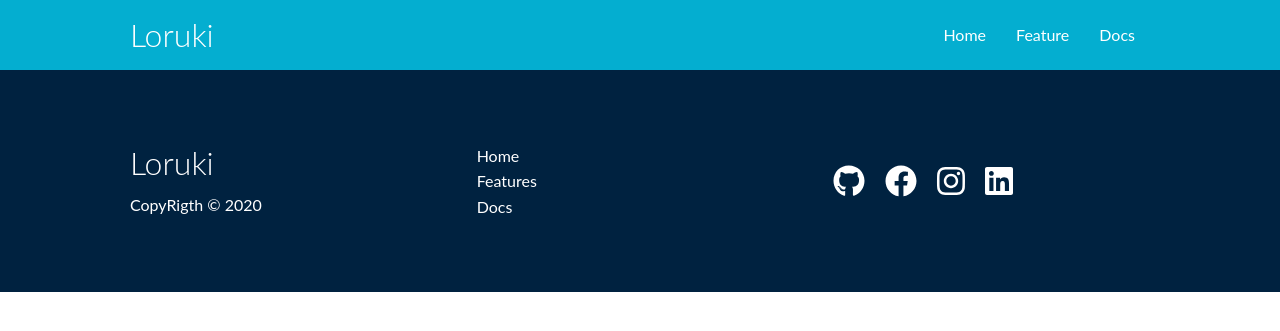
Repository: MosiurRrahman/loruki-app-reactjs
Page: /feature
The author's editor kept a copy of each file at every save. The page is drawn from the files as they stood at one save, then again after the next save.
The browser window is 1280 px wide. The pictures show the whole page.
The project was rebuilt for these pictures with package versions that can differ from the ones it lists, and the page was loaded fresh each time. Also part of the build but not shown: src/components/pages/home/Cli.js, src/components/pages/home/Cloud.js, src/assets/images/images.js, src/components/pages/home/Languages.js, src/components/pages/home/ShowcaseForm.js, src/components/pages/home/ShowCase.js, src/components/pages/home/Status.js, src/components/pages/home/HomePage.js.

Above is the page before, as saved 2021-10-06 10:35:17.

### src/index.js
import React from 'react';
import ReactDOM from 'react-dom';
import { BrowserRouter, Route, Switch } from 'react-router-dom';
import Layout from './components/app';
import HomePage from './components/pages/home/HomePage';
import './index.css';
// import './utilities';






class Root extends React.Component{
  render(){
    return(
      <BrowserRouter basename = {"/"} >
      <Switch>
        <Route exact path = "/" component={HomePage} />
      <Layout></Layout>
      </Switch>
      </BrowserRouter>
    );
  }
}




ReactDOM.render(
  <React.StrictMode>
    <Root />
  </React.StrictMode>,
  document.getElementById('root')
);

### src/components/app.jsx
import { Component } from "react";
import Footer from "./common/Footer";
import Header from "./common/Header";

class Layout extends Component {
  render() {
    return (
      <>
        <Header />
        {this.props.children}
        <Footer />
      </>
    );
  }
}
export default Layout;

### src/index.css
/* all css imported */

@import url("./assets/css/main");
@import url("./assets/css/utilities");

### src/components/common/Footer.jsx
import {
  faFacebook,
  faGithub,
  faInstagram,
  faLinkedin,
} from "@fortawesome/free-brands-svg-icons";
import { FontAwesomeIcon } from "@fortawesome/react-fontawesome";
import { Component } from "react";

class Footer extends Component {
  render() {
    return (
      <>
        <footer className="footer bg-dark py-5">
          <div className="container grid grid-3">
            <div>
              <h1>Loruki</h1>
              <p>CopyRigth &copy; 2020</p>
            </div>
            <nav>
              <ul>
                <li>
                  <a href="index.html">Home</a>
                </li>
                <li>
                  <a href="feature.html">Features</a>
                </li>
                <li>
                  <a href="docs.html">Docs</a>
                </li>
              </ul>
            </nav>
            <div className="social">
              <a href="/home">
                <li className="fa-2x">
                  <FontAwesomeIcon icon={faGithub} />
                </li>
              </a>
              <a href="/home">
                <li className="fa-2x">
                  <FontAwesomeIcon icon={faFacebook} />
                </li>
              </a>
              <a href="/home">
                <li className="fa-2x">
                  <FontAwesomeIcon icon={faInstagram} />
                </li>
              </a>
              <a href="/home">
                <li className=" fa-2x">
                  <FontAwesomeIcon icon={faLinkedin} />
                </li>
              </a>
            </div>
          </div>
        </footer>
      </>
    );
  }
}
export default Footer;

### src/components/common/Header.jsx
import { Component } from "react";

class Header extends Component {
  render() {
    return (
      <>
        <div className="navbar">
          <div className="container flex">
            <h1 className="logo">Loruki</h1>
            <nav>
              <ul>
                <li>
                  <a href="index.html">Home</a>
                </li>
                <li>
                  <a href="feature.html">Feature</a>
                </li>
                <li>
                  <a href="docs.html">Docs</a>
                </li>
              </ul>
            </nav>
          </div>
        </div>
      </>
    );
  }
}
export default Header;

### src/assets/css/main.css
:root {
  --primary-color: #04aed0;
  --secondry-color: #04a1c0;
  --dark-color: #002240;
  --light-color: #f4f4ff;
  --success-color: #5cb85c;
  --error-color: #d9534f;
}

* {
  box-sizing: border-box;
  margin: 0;
  padding: 0;
}

body {
  font-family: "lato", sans-serif;
  color: #333333;
  line-height: 1.6;
}

ul {
  list-style-type: none;
}

a {
  text-decoration: none;
  color: #333333;
}

h1,
h2 {
  font-weight: 300;
  line-height: 1.2;
  margin: 10px 0;
}

p {
  margin: 10px 0;
}

img {
  width: 100%;
}

code,
pre {
  background: #333;
  color: #fff;
  padding: 10px;
}

.hidden {
  visibility: hidden;
  height: 0;
}

/* === navbar style === */

.navbar {
  background-color: var(--primary-color);
  color: #ffffff;
  height: 70px;
}

.navbar .flex {
  justify-content: space-between;
}

.navbar ul {
  display: flex;
}

.navbar ul a {
  padding: 10px;
  margin: 0 5px;
  color: #fff;
  transition: 0.3s;
}

.navbar ul a:hover {
  border-bottom: 2px solid #fff;
}

/* === Showcase style === */

.showcase {
  height: 400px;
  background-color: var(--primary-color);
  color: #fff;
  position: relative;
}

.showcase h1 {
  font-size: 40px;
}

.showcase p {
  margin: 20px 0;
}

.showcase .grid {
  overflow: visible;
  grid-template-columns: 55% 45%;
  gap: 30px;
}

body {
  overflow-x: hidden;
}

.showcase-form {
  position: relative;
  top: 60px;
  height: 350px;
  max-width: 400px;
  padding: 40px;
  z-index: 100;
  animation: slideInFromRight 1s ease-in;
}

.showcase-text {
  animation: slideInFromLeft 1s ease-in;
}

.showcase .form-control {
  margin: 30px 0;
}

.showcase input[type="text"],
.showcase input[type="email"] {
  border: 0;
  border-bottom: 1px solid #b4becb;
  width: 100%;
  padding: 3px;
  font-size: 16px;
}

.showcase-form input:focus {
  outline: none;
}

.showcase::before,
.showcase::after {
  content: "";
  position: absolute;
  height: 100px;
  background: #fff;
  left: 0;
  bottom: -60px;
  right: 0;
  transform: skewY(-3deg);
  --webkit-transform: skewY(-3deg);
  --moz-transform: skewY(-3deg);
  --ms-transform: skewY(-3deg);
}

/* ===stats=== */

.stats {
  padding-top: 100px;
  animation: slideInFromBottom 1s ease-in;
}

.stats-heading {
  max-width: 500px;
  margin: auto;
}

.stats .grid h3 {
  font-size: 35px;
}

.stats .grid p {
  font-size: 20px;
  font-weight: bold;
}

/* cli */

.cli .grid {
  grid-template-columns: repeat(3, 1fr);
  grid-template-rows: repeat(2, 1fr);
}

.cli .grid > *:first-child {
  grid-column: 1 / span 2;
  grid-row: 1 / span 2;
}

/* Cloud */

.cloud .grid {
  grid-template-columns: repeat(4fr, 1fr);
}

/* languages */

.languages .flex {
  flex-wrap: wrap;
}

.languages .card {
  text-align: center;
  margin: 18px 10px 40px;
  transition: 0.3s;
}

.languages .card:hover {
  transform: translateY(-15px);
  color: var(--primary-color);
}

.languages .card h4 {
  font-size: 20px;
  margin-bottom: 10px;
}

/* Feature section */

.freatures-head img,
.docs-head img {
  width: 200px;
  justify-self: center;
}

.freatures-sub-head img {
  width: 300px;
  justify-self: flex-end;
}

/* feature main */

.freatures-main .card > i {
  margin-right: 20px;
}

.freatures-main .grid {
  padding: 30px;
}

.freatures-main .grid > *:first-child {
  grid-column: 1 / span 3;
}

.freatures-main .grid > *:nth-child(2) {
  grid-column: 1 / span 2;
}

.freatures-main .grid > *:nth-child(2) {
  justify-content: start;
}

/* dosc */

.docs-main h3 {
  margin: 20px 0;
}

.docs-main .grid {
  grid-template-columns: 1fr 2fr;
  align-items: flex-start;
}

.docs-main nav li {
  font-size: 20px;
  padding-bottom: 5px;
  margin-bottom: 5px;
  border-bottom: 1px solid #ccc;
}

.docs-main nav a:hover {
  color: var(--primary-color);
  font-weight: bold;
}

/* Footer */
.footer .social {
  display: flex;
}
.footer .social a {
  margin: 0 10px;
}

.footer .social a li {
  list-style-type: none;
  transition: 0.3s;
}

.footer .social a li:hover {
  transform: translateY(-5px);
  color: var(--primary-color);
}

/* Animation */

@keyframes slideInFromLeft {
  0% {
    transform: translateX(-100%);
  }
  100% {
    transform: translateX(0);
  }
}

@keyframes slideInFromRight {
  0% {
    transform: translateX(70%);
  }
  100% {
    transform: translateX(0);
  }
}

@keyframes slideInFromTop {
  0% {
    transform: translateY(-100%);
  }
  100% {
    transform: translateX(0);
  }
}

@keyframes slideInFromBottom {
  0% {
    transform: translateY(100%);
  }
  100% {
    transform: translateX(0);
  }
}

/* ===responsive css ===*/

/* Tablets and under */

@media screen and (max-width: 768px) {
  .grid,
  .showcase .grid,
  .stats .grid,
  .cli .grid,
  .cloud .grid,
  .freature-main .grid,
  .docs-main .grid {
    grid-template-columns: 1fr;
    grid-template-rows: 1fr;
  }
  .showcase {
    height: auto;
  }
  .showcase-text {
    text-align: center;
    margin-top: 40px;
    animation: slideInFromTop 1s ease-in;
  }
  .showcase-form {
    justify-self: center;
    margin: auto;
    animation: slideInFromBottom 1s ease-in;
  }
  .cli .grid > *:first-child {
    grid-column: 1;
    grid-row: 1;
  }
  .freatures-head,
  .freatures-sub-head,
  .docs-head {
    text-align: center;
  }
  .freatures-head img,
  .freatures-sub-head img,
  .docs-head img {
    justify-self: center;
  }
  .freatures-main .grid > *:first-child,
  .freatures-main .grid > *:nth-child(2) {
    grid-column: 1;
  }
  .grid-3 {
    grid-template-columns: 1fr;
    grid-template-rows: 1fr;
  }
}

/* Mobile */

@media (max-width: 500px) {
  .navbar {
    height: 110px;
  }
  .navbar .flex {
    flex-direction: column;
  }
  .navbar ul {
    padding: 10px;
    background: rgba(0, 0, 0, 0.1);
  }
}

/* ===responsive css end ===*/

/* === utlities === */

.container {
  max-width: 1100px;
  margin: 0 auto;
  overflow: auto;
  padding: 0 40px;
}

.card {
  background-color: #fff;
  color: #333;
  border-radius: 10px;
  box-shadow: 0 3px 10px rgba(0, 0, 0, 0.2);
  padding: 20px;
  margin: 10px;
}

.card p {
  padding-left: 20px;
}

.btn {
  display: inline-block;
  padding: 10px 30px;
  cursor: pointer;
  background: var(--primary-color);
  color: #fff;
  border: none;
  border-radius: 5px;
  transition: 0.3s;
}

.btn-outline {
  background-color: transparent;
  border: 1px solid #ffffff;
}

.btn:hover {
  transform: translate(5px);
}

/* background and colored buttons */

.btn-primary,
.bg-primary {
  background-color: var(--primary-color);
  color: #ffffff;
}

.btn-secondry,
.bg-secondry {
  background-color: var(--secondry-color);
  color: #ffffff;
}

.btn-dark,
.bg-dark {
  background-color: var(--dark-color);
  color: #ffffff;
}

.btn-light,
.bg-light {
  background-color: var(--light-color);
  color: #333;
}

.btn-primary a,
.bg-primary a,
.btn-secondry a,
.bg-secondry a,
.btn-dark a,
.bg-dark a {
  color: #fff;
}

/* text sizes */

.lead {
  font-size: 20px;
}

.sm {
  font-size: 1rem;
}

.md {
  font-size: 2rem;
}

.lg {
  font-size: 3rem;
}

.xl {
  font-size: 4rem;
}

.text-center {
  text-align: center;
}

.flex {
  display: flex;
  justify-items: center;
  align-items: center;
  height: 100%;
}

.grid {
  display: grid;
  grid-template-columns: repeat(2, 1fr);
  gap: 20px;
  justify-content: center;
  align-items: center;
  height: 100%;
}

.grid-3 {
  grid-template-columns: repeat(3, 1fr);
}

/* alart */

.alert {
  background-color: var(--light-color);
  padding: 10px 20px;
  font-weight: bold;
  margin: 15px 0;
}

.alert i {
  margin-right: 10px;
}

.alert-success {
  background-color: var(--success-color);
  color: #fff;
}

.alert-error {
  background-color: var(--errer-color);
  color: #fff;
}

/* Margin */

.my-1 {
  margin: 1rem 0;
}

.my-2 {
  margin: 1.5rem 0;
}

.my-3 {
  margin: 2rem;
}

.my-4 {
  margin: 3rem 0;
}

.my-5 {
  margin: 4rem 0;
}

.m-1 {
  margin: 1rem;
}

.m-2 {
  margin: 1.5rem;
}

.m-3 {
  margin: 2rem;
}

.m-4 {
  margin: 3rem;
}

.m-5 {
  margin: 4rem;
}

/* padding */

.py-1 {
  padding: 1rem 0;
}

.py-2 {
  padding: 1.5rem 0;
}

.py-3 {
  padding: 2rem;
}

.py-4 {
  padding: 3rem 0;
}

.py-5 {
  padding: 4rem 0;
}

.p-1 {
  padding: 1rem;
}

.p-2 {
  padding: 1.5rem;
}

.p-3 {
  padding: 2rem;
}

.p-4 {
  padding: 3rem;
}

.p-5 {
  padding: 4rem;
}

Loaded but not shown: public/index.html (common file); src/assets/css/utilities.css (no stored copy; drawn as an empty file)

After the next save:
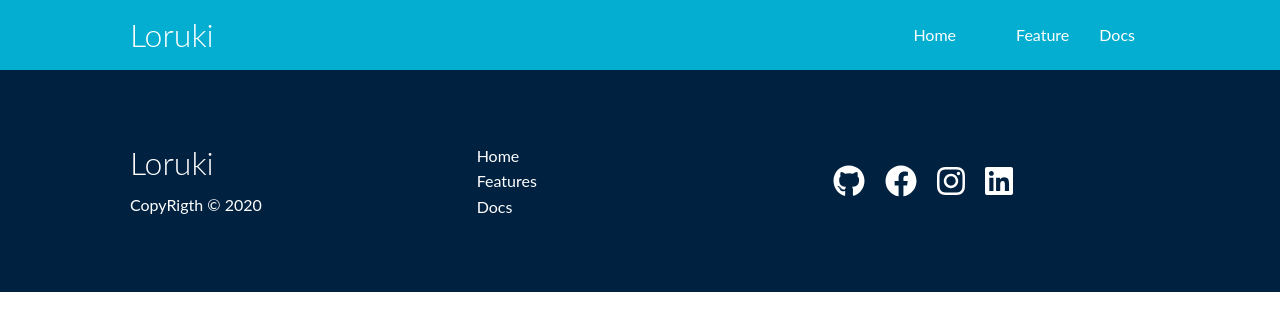
Saved 75 s later.
--- a/src/components/common/Header.jsx
+++ b/src/components/common/Header.jsx
@@ -1,4 +1,5 @@
 import { Component } from "react";
+import { Link } from "react-router-dom";
 
 class Header extends Component {
   render() {
@@ -11,6 +12,7 @@ class Header extends Component {
               <ul>
                 <li>
                   <a href="index.html">Home</a>
+                  <Link to="/HomePage"></Link>
                 </li>
                 <li>
                   <a href="feature.html">Feature</a>
